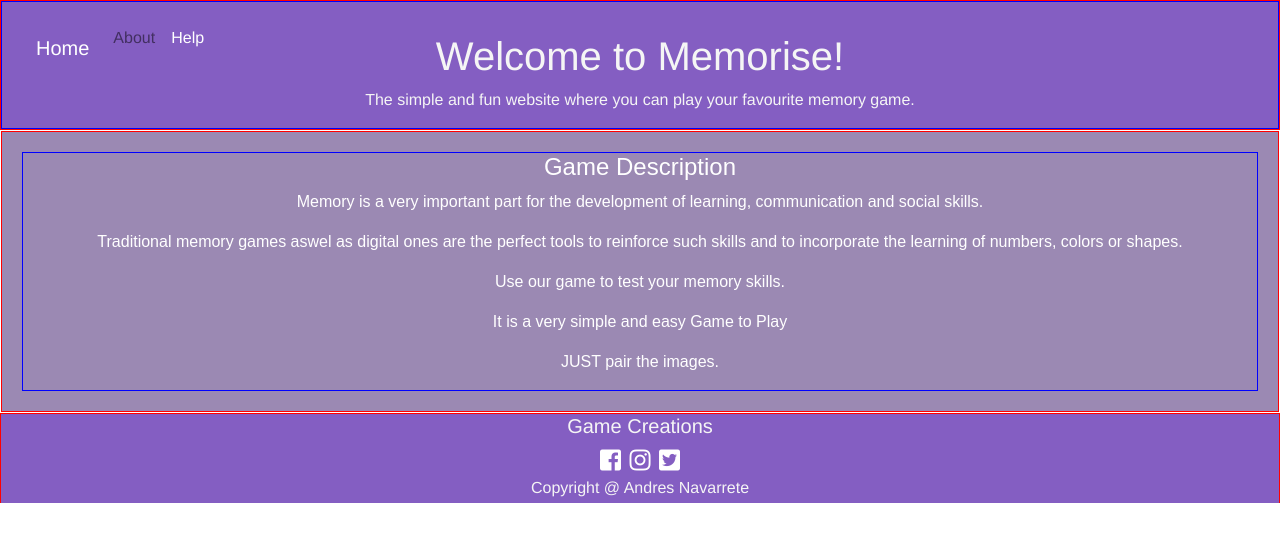
Repository: andna5980/memorise
Page: about.html
These files come from the project's save history. The page is drawn as it stood at one moment and after the next save; the edit follows.
The browser window is 1280 px wide. The pictures show the whole page.
Some web fonts or font styles are not loaded; a fallback is used. Some web libraries are served in a nearby version.

Above is the page before, as saved 2021-05-11 13:52:06.
Console error: SyntaxError: Unexpected end of input

### about.html
<!DOCTYPE html>
<html lang="en">

<head>
    <meta charset="UTF-8">
    <meta http-equiv="X-UA-Compatible" content="IE=edge">
    <meta name="viewport" content="width=device-width, initial-scale=1.0">
    <meta name="author" content="Andres Navarrete">
    <meta name="description" content="Web-based Memory Game">
    <title>MEMORISE | GAME</title>
    <link rel="stylesheet" href="https://cdn.jsdelivr.net/npm/bootstrap@4.5.3/dist/css/bootstrap.min.css"
        integrity="sha384-TX8t27EcRE3e/ihU7zmQxVncDAy5uIKz4rEkgIXeMed4M0jlfIDPvg6uqKI2xXr2" crossorigin="anonymous">
    <link rel="stylesheet" href="https://use.fontawesome.com/releases/v5.6.3/css/all.css"
        integrity="sha384-UHRtZLI+pbxtHCWp1t77Bi1L4ZtiqrqD80Kn4Z8NTSRyMA2Fd33n5dQ8lWUE00s/" crossorigin="anonymous">
    <link href="./assets/styles/style.css" rel="stylesheet">

</head>

<body>
    <header>
        <nav class="navbar navbar-expand-md navbar-light fixed-top navbar-bg">
            <a class="navbar-brand" href="index.html">Home</a>
            <button class="navbar-toggler" type="button" data-toggle="collapse" data-target="#navbarNav"
                aria-controls="navbarNav" aria-expanded="false" aria-label="Toggle navigation">
                <span class="navbar-toggler-icon"></span>
            </button>
            <div class="collapse navbar-collapse menu-items" id="navbarNav">
                <ul class="navbar-nav">
                    <li class="nav-item">
                        <a class="nav-link" href="about.html">About<span class="sr-only">(current)</span></a>
                    </li>
                    <li class="nav-item active">
                        <a class="nav-link" href="help.html">Help</a>
                    </li>
                </ul>
            </div>
        </nav>

        <div class="test-red">
            <div class="welcome-test test-blue">
                <h1>Welcome to Memorise!</h1>
                <p>
                    The simple and fun website where you can play your favourite memory game.
                </p>

            </div>
        </div>

    </header>

    <div class="game-description test-red">
        <div class="test-blue">
            <h4>Game Description</h4>
            <p>
                Memory is a very important part for the development of learning, communication and social skills.
            </p>
            <p>Traditional memory games aswel as digital ones are the perfect tools to reinforce such skills and to
                incorporate the learning of numbers, colors or shapes.</p>
            Use our game to test your memory skills.
            </p>
            <p>It is a very simple and easy Game to Play</p>
            <p> JUST pair the images. </p>
        </div>
    </div>



     <!---------FOOTER AREA ----->
     <footer>
        <div class="social-networks test-red">
            <h5>Game Creations</h5>

            <a href="http://facebook.com" target="_blank"><i class="fab fa-facebook-square"></i></a>

            <a href="http://instagram.com" target="_blank"><i class="fab fa-instagram"></i></a>

            <a href="http://twitter.com" target="_blank"><i class="fab fa-twitter-square"></i></a>

            <h6>Copyright @ Andres Navarrete</h6>
        </div>
    </footer>

    <script src="./assets/js/main.js"></script>



</body>

### assets/styles/style.css
@import url('https://fonts.googleapis.com/css2?family=Amatic+SC&family=Original+Surfer&display=swap');
body {
    font-family: Arial, Helvetica, sans-serif;
    color: whitesmoke;
    max-width: 2000px;
}

header {
    font-family: Original Surfer, Amatic, Helvetica;
    color: whitesmoke;
    background-color: #845EC2;
}

/* ----- ROWS AND COLUMM AREAS - TESTING -----*/

.test-red {
    border: 1px solid red
}

.test-blue {
    border: 1px solid blue;
}

/*------------------------------------------HEADER------------------------*/

.welcome-test {
    text-align: center;
    margin-top: 25px 0;
    padding-top: 30px;
}

.navbar-brand {
    font-family: Original Surfer, Amatic, Helvetica;
    /*font-size: 100%;*/
    margin-left: 20px;
    margin-top: 20px;
}

.navbar-light .navbar-brand {
    color: white;
}

.navbar-light .navbar-nav .active>.nav-link, .navbar-light .navbar-nav .nav-link.active, .navbar-light .navbar-nav .nav-link.show, .navbar-light .navbar-nav .show>.nav-link {
    color: white;
}

.fixed-top{
    position: fixed;
    z-index: 10;
}



/*----------------------------------CHANGE BACKGROUND COLOR AREA -----------------------*/

.change-color {
    background-color: #9B89B3;
    display: flex;
    justify-content: center;
    align-items: center;
}

.change-color p {
    color: white;
    margin-bottom: 10px;
}

#changecolor {
    margin: auto;
    /*margin-left: 35%;*/
    height: 20px;
    display: flex;
    justify-content: center;
    align-items: center;
}

/*----------------------------------GAME DESCRIPTION -----------------------*/

.game-description {
    margin: 1px;
    padding: 20px;
    background-color: #9B89B3;
    color:white;
    text-align: center;
}

/*-------------------------------- SCORE GAME AREA--------------------------------*/

#game-box {
    background-color: #4E8397;
    height: 40px;
}

.game-area-box {
    height: 100px;

}

/*---------GAME AREA *******TESTING ******-----*/

.grid {
    display: flex;
    flex-wrap: wrap;
    height: 400px;
    width: 400px;

}



/*--------------------------------FOOTER--------------------------------*/

footer {
    font-family: Original Surfer, Amatic, Helvetica;
    color: whitesmoke;
    background-color: #845EC2;
    height: 90px;
    width: 100%;
    overflow: hidden;
}

.social-networks {
    text-align: center;
}

.social-networks a {
    color: white;
    margin: 1px;
    padding: 1px;
    display: inline-block;
    transition: all 0.35s ease-in-out;
    -moz-transition: all 0.35s ease-in-out;
    -webkit-transition: all 0.35s ease-in-out;
    -o-transition: all 0.35s ease-in-out;
}

.social-networks a i:hover {
    color: #F9F871;
}

.social-networks i {
    font-size: 150%;
}


/*----------------------- About - Page----------*/

### assets/js/main.js
//Colors array
//let colors = ['black','blue','yellow', 'white','brown'];

//get button
//let button = document.getElementById('changecolor');

//add Event for changing colors
//button.addEventListener('click', function(){

    //add random color
    //var randomColor = colors[Math.floor(Math.random() * colors.length)]
    //let container = document.getElementById('game-box')

  //  container.style.background = randomColor;
//})

//Card Options

document.addEventListener('DOMContentLoaded', () => {

  const cardArray = [
        {
            name: 'woman',
            img: 'images/wonderwoman.png'
        },
        {
            name: 'woman',
            img: 'images/wonderwoman.png'
        },
        {
            name: 'batman',
            img: 'images/batman.png'
        },
        {
            name: 'batman',
            img: 'images/batman.png'
        },
        {
            name: 'boxer',
            img: 'images/boxer.png'
        },
        {
            name: 'boxer',
            img: 'images/boxer.png'
        },
        {
            name: 'gadget',
            img: 'images/gadget.png'
        },
        {
            name: 'gadget',
            img: 'images/gadget.png'
        },
        {
            name: 'greenman',
            img: 'images/greenman.png'
        },
        {
            name: 'greenman',
            img: 'images/greenman.png'
        },
        {
            name: 'ninja',
            img: 'images/ninja.png'
        },
        {
            name: 'ninja',
            img: 'images/ninja.png'
        },

    ]


const grid = document.querySelector('.grid')

// Game Board
function createBoard() {
    for (let i = 0; i < cardArray.length; i++) {
        var card = document.createElement('img')
        card.setAttribute('src', 'images/lego.png')
        card.setAttribute('data-id', i)
        //card.addEventListener('click', flipcard)
        grid.appendChild(card)
    }
}



createBoard()

After the next save:
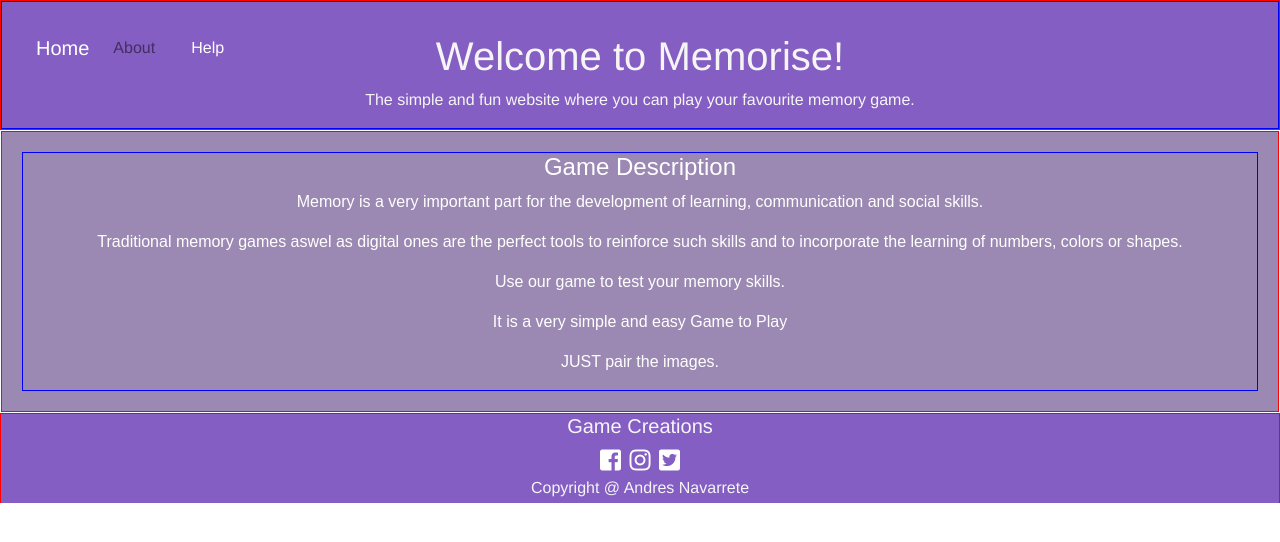
Saved 64 s later.
--- a/assets/styles/style.css
+++ b/assets/styles/style.css
@@ -44,9 +44,18 @@ header {
     color: white;
 }
 
-.fixed-top{
+
+/*.fixed-top{
     position: fixed;
     z-index: 10;
+}
+*/
+
+.navbar-nav li a {
+    margin-top: 20px;
+    color: #2F4B58;
+    text-align: right;
+    margin-right: 20px;
 }
 
 
